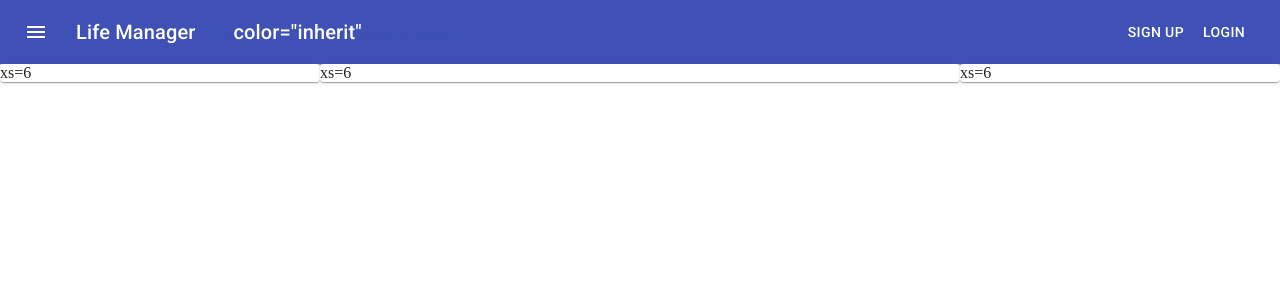
Repository: DaNiels89/lifemanagerreact
Page: /about
These files come from the project's save history. The page is drawn as it stood at one moment and after the next save; the edit follows.
The browser window is 1280 px wide. The pictures show the whole page.
The project was rebuilt for these pictures with package versions that can differ from the ones it lists, and the page was loaded fresh each time.

Above is the page before, as saved 2020-03-13 14:50:36.

### public/index.html
<!DOCTYPE html>
<html lang="en">
  <head>
    <meta charset="utf-8" />
    <link rel="icon" href="%PUBLIC_URL%/favicon.ico" />
    <meta name="viewport" content="width=device-width, initial-scale=1" />
    <meta name="theme-color" content="#000000" />
    <meta
      name="description"
      content="Web site created using create-react-app"
    />
    <link rel="apple-touch-icon" href="%PUBLIC_URL%/logo192.png" />
    <link rel="manifest" href="%PUBLIC_URL%/manifest.json" />
    <title>Life Manager</title>
  </head>
  <body>
    <noscript>You need to enable JavaScript to run this app.</noscript>
    <div id="root"></div>
  </body>
</html>

### src/App.js
import React from 'react';
import Header from './components/layout/Header';

import 'typeface-roboto';
import Grid from '@material-ui/core/Grid';
import Paper from '@material-ui/core/Paper';
import Typography from '@material-ui/core/Typography';
import { makeStyles } from '@material-ui/core/styles';
import './App.css';

const useStyles = makeStyles({
  main: {
    width: '100%'
  }
});

export default function App() {
  const classes = useStyles();

  return (
    <div className={classes.main}>
      <Header />
      <Grid container spacing={12}>
        <Grid item xs={3}>
          <Paper className={classes.paper}>xs=6</Paper>
        </Grid>
        <Grid item xs={6}>
          <Paper className={classes.paper}>xs=6</Paper>
        </Grid>
        <Grid item xs={3}>
          <Paper className={classes.paper}>xs=6</Paper>
        </Grid>
      </Grid>
    </div>
  );
}

### src/components/layout/Header.js
import React from 'react';
import { makeStyles } from '@material-ui/core/styles';
import AppBar from '@material-ui/core/AppBar';
import Toolbar from '@material-ui/core/Toolbar';
import Link from '@material-ui/core/Link';
import Typography from '@material-ui/core/Typography';
import Button from '@material-ui/core/Button';
import IconButton from '@material-ui/core/IconButton';
import MenuIcon from '@material-ui/icons/Menu';

const useStyles = makeStyles(theme => ({
  root: {
    flexGrow: 1
  },
  menuButton: {
    marginRight: theme.spacing(2)
  },
  title: {
    flexGrow: 1
  }
}));

export default function Header() {
  const classes = useStyles();
  const preventDefault = event => event.preventDefault();

  return (
    <div className={classes.root}>
      <AppBar position="static">
        <Toolbar>
          <IconButton
            edge="start"
            className={classes.menuButton}
            color="inherit"
            aria-label="menu"
          >
            <MenuIcon />
          </IconButton>
          <Typography variant="h6" className={classes.title}>
            Life Manager
            <Link href="#" onClick={preventDefault}>
              Link
            </Link>
            <Link href="#" onClick={preventDefault} color="inherit">
              {'color="inherit"'}
            </Link>
            <Link href="#" onClick={preventDefault} variant="body2">
              {'variant="body2"'}
            </Link>
          </Typography>
          <Button color="inherit">Sign up</Button>
          <Button color="inherit">Login</Button>
        </Toolbar>
      </AppBar>
    </div>
  );
}

Loaded but not shown: src/index.js (common file); src/App.css (common file)

After the next save:
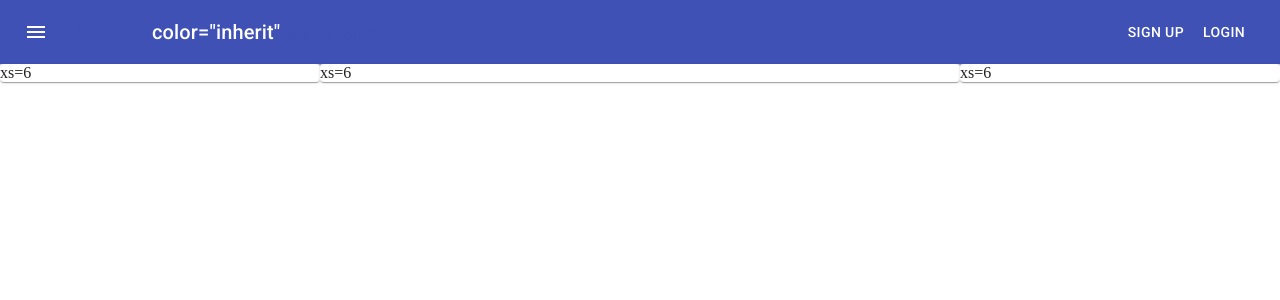
Saved 9 s later.
--- a/src/components/layout/Header.js
+++ b/src/components/layout/Header.js
@@ -37,7 +37,9 @@ export default function Header() {
             <MenuIcon />
           </IconButton>
           <Typography variant="h6" className={classes.title}>
-            Life Manager
+            <Link href="#" onClick={preventDefault}>
+              Link
+            </Link>
             <Link href="#" onClick={preventDefault}>
               Link
             </Link>
